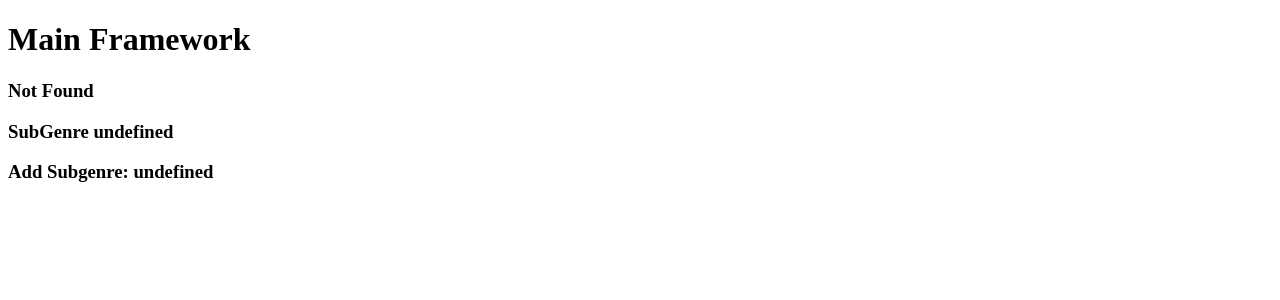
Repository: GregorPiev/angularjs-add-book
Page: index.html
These files come from the project's save history. The page is drawn as it stood at one moment and after the next save; the edit follows.
The browser window is 1280 px wide. The pictures show the whole page.

Above is the page before, as saved 2020-09-23 16:16:34.

After the next save:
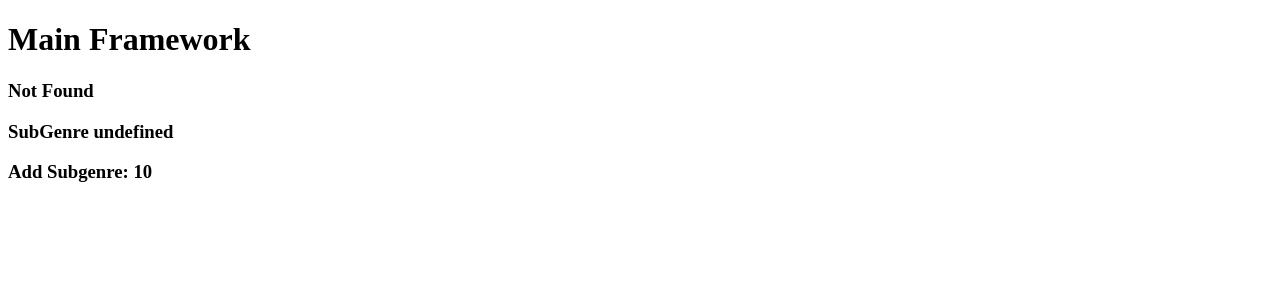
Saved 16 s later.
--- a/app/add-subgenre/component/add-subgenre.controller.js
+++ b/app/add-subgenre/component/add-subgenre.controller.js
@@ -2,6 +2,6 @@
 angular.module('addSubgenre')
     .controller('addSubgenreController', function ($scope, $routeParams) {
         console.log('addSubgenreController')
-        var id = $routeParams.id;
+        var id = $routeParams.id | 10;
         $scope.title = `Add Subgenre: ${id}`;
     });
